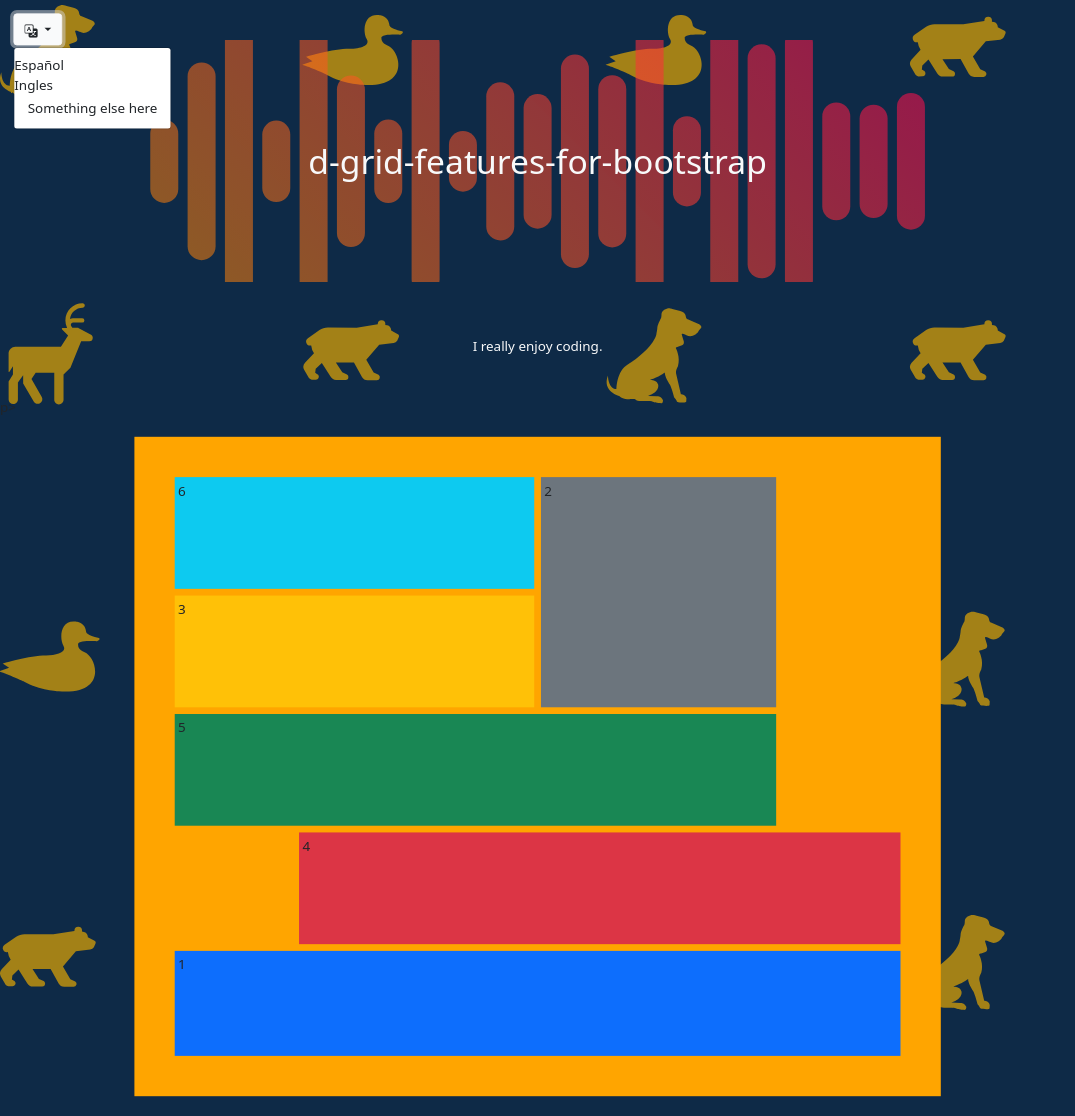
Repository: LynxPardelle/d-grid-features-for-bootstrap
Page: index.html
These files come from the project's save history. The page is drawn as it stood at one moment and after the next save; the edit follows.
The browser window is 1280 px wide. The pictures show the whole page, at 84% of full size.
After loading, the first visible `#switch-lang` was clicked once.

Above is the page before, as saved 2021-10-21 00:18:19.

### index.html
<!DOCTYPE html>
<html lang="es">
  <head>
    <meta charset="UTF-8" />
    <meta http-equiv="X-UA-Compatible" content="IE=edge" />
    <meta name="viewport" content="width=device-width, initial-scale=1.0" />
    <meta name="author" content="Lynx Pardelle" />
    <title>d-grid-features-for-bootstrap</title>
    <link
      href="https://cdn.jsdelivr.net/npm/bootstrap@5.1.3/dist/css/bootstrap.min.css"
      rel="stylesheet"
      integrity="sha384-1BmE4kWBq78iYhFldvKuhfTAU6auU8tT94WrHftjDbrCEXSU1oBoqyl2QvZ6jIW3"
      crossorigin="anonymous"
    />
    <style>
      body {
        background-image: url("data:[embedded picture, 9376 characters]");
        background-size: cover;
        background-repeat: repeat;
        background-position: left top;
      }

      h1 {
        background-image: url("data:[embedded picture, 2297 characters]");
        background-size: cover;
        background-repeat: no-repeat;
        background-position: center center;
        padding: 7.5rem;
      }
    </style>
  </head>
  <body>
    <!-- Change Languaje -->
    <div class="dropdown">
      <button id="switch-lang" onclick="SwitchLang()" class="d-block btn btn-light text-dark position-fixed top-0 start-0 mt-3 ms-3 dropdown-toggle"
      type="button" id="dropDownLang" data-bs-toggle="dropdown" aria-expanded="false">
        <svg xmlns="http://www.w3.org/2000/svg" width="16" height="16" fill="currentColor" class="bi bi-translate" viewBox="0 0 16 16">
          <path d="M4.545 6.714 4.11 8H3l1.862-5h1.284L8 8H6.833l-.435-1.286H4.545zm1.634-.736L5.5 3.956h-.049l-.679 2.022H6.18z"/>
          <path d="M0 2a2 2 0 0 1 2-2h7a2 2 0 0 1 2 2v3h3a2 2 0 0 1 2 2v7a2 2 0 0 1-2 2H7a2 2 0 0 1-2-2v-3H2a2 2 0 0 1-2-2V2zm2-1a1 1 0 0 0-1 1v7a1 1 0 0 0 1 1h7a1 1 0 0 0 1-1V2a1 1 0 0 0-1-1H2zm7.138 9.995c.193.301.402.583.63.846-.748.575-1.673 1.001-2.768 1.292.178.217.451.635.555.867 1.125-.359 2.08-.844 2.886-1.494.777.665 1.739 1.165 2.93 1.472.133-.254.414-.673.629-.89-1.125-.253-2.057-.694-2.82-1.284.681-.747 1.222-1.651 1.621-2.757H14V8h-3v1.047h.765c-.318.844-.74 1.546-1.272 2.13a6.066 6.066 0 0 1-.415-.492 1.988 1.988 0 0 1-.94.31z"/>
        </svg>
      </button>
      <ul class="dropdown-menu" aria-labelledby="dropDownLang">
        <li>Español</li>
        <li>Ingles</li>
        <li><a class="dropdown-item" href="#">Something else here</a></li>
      </ul>
    </div>

    <h1 class="text-center text-light my-5">d-grid-features-for-bootstrap</h1>

    <div class="text-center text-light p-3 m-3">
      <p lang="en">I really enjoy coding.</p>
      <p lang="es">Me gusta mucho la codificación.</p>
    </div>p>
    </div>

    <!-- <section class="d-grid bg-dark" data-gfbs data-gfbs-gtc="repeat(4, 1fr)" data-gfbs-gtr="repeat(2, 50px)" > -->
    <!-- <section class="d-grid bg-dark" data-gfbs data-gfbs-gta='"f f b c c a"" f f d e e a"'> -->
    <section
      class="d-grid w-75 mx-auto my-4"
      data-gfbs
      data-gfbs-custom="background-color: black; padding: 1rem;"
      data-gfbs-custom-sm="background-color: pink; padding: 2rem;"
      data-gfbs-custom-md="background-color: orange; padding: 3rem;"
      data-gfbs-gt='
      [row1-start] "a a b ." 12.5px [row1-end]
      [row2-start] "a a b ." 12.5px [row2-end]
      [row3-start] "c c b d" 12.5px [row3-end]
      [row4-start] "c c b d" 12.5px [row4-end]
      [row5-start] "e e e d" 12.5px [row5-end]
      [row6-start] "e e e d" 12.5px [row6-end]
      [row7-start] ". f f f" 12.5px [row7-end]
      [row8-start] ". f f f" 12.5px [row8-end]
      [row9-start] "g g g g" 25px [row9-end]
      / 2fr 1fr 1fr 3fr'
      data-gfbs-gt-sm='
      [row1-start] "a b b ." 25px [row1-end]
      [row2-start] "a b b ." 25px [row2-end]
      [row3-start] "c c c ." 25px [row3-end]
      [row4-start] "c c c ." 25px [row4-end]
      [row5-start] "e e d d" 25px [row5-end]
      [row6-start] "e e d d" 25px [row6-end]
      [row7-start] ". f f ." 25px [row7-end]
      [row8-start] ". f f ." 25px [row8-end]
      [row9-start] "g g g g" 50px [row9-end]
      / 1fr 2fr 2fr 1fr'
      data-gfbs-gt-md='
      [row1-start] "a a a b" 37.5px [row1-end]
      [row2-start] "a a a b" 37.5px [row2-end]
      [row3-start] "c c d d" 37.5px [row3-end]
      [row4-start] "c c d d" 37.5px [row4-end]
      [row5-start] "e e d d" 37.5px [row5-end]
      [row6-start] "e e d d" 37.5px [row6-end]
      [row7-start] "f f f f" 37.5px [row7-end]
      [row8-start] "g g g g" 37.5px [row8-end]
      [row9-start] "g g g g" 75px [row9-end]
      / 1fr 2fr 2fr 1fr'
      data-gfbs-gt-lg='
      [row1-start] "a a b ." 50px [row1-end]
      [row2-start] "a a b ." 50px [row2-end]
      [row3-start] "c c b d" 50px [row3-end]
      [row4-start] "c c b d" 50px [row4-end]
      [row5-start] "e e e d" 50px [row5-end]
      [row6-start] "e e e d" 50px [row6-end]
      [row7-start] ". f f f" 50px [row7-end]
      [row8-start] ". f f f" 50px [row8-end]
      [row9-start] "g g g g" 100px [row9-end]
      / 1fr 2fr 2fr 1fr'
      data-gfbs-gt-xl='
      [row1-start] "a a b ." 62.5px [row1-end]
      [row2-start] "a a b ." 62.5px [row2-end]
      [row3-start] "c c b d" 62.5px [row3-end]
      [row4-start] "c c b d" 62.5px [row4-end]
      [row5-start] "e e e d" 62.5px [row5-end]
      [row6-start] "e e e d" 62.5px [row6-end]
      [row7-start] ". f f f" 62.5px [row7-end]
      [row8-start] ". f f f" 62.5px [row8-end]
      [row9-start] "g g g g" 125px [row9-end]
      / 1fr 2fr 2fr 1fr'
      data-gfbs-gt-xxl='
      [row1-start] "a a b ." 87.5px [row1-end]
      [row2-start] "a a b ." 87.5px [row2-end]
      [row3-start] "c c b d" 87.5px [row3-end]
      [row4-start] "c c b d" 87.5px [row4-end]
      [row5-start] "e e e d" 87.5px [row5-end]
      [row6-start] "e e e d" 87.5px [row6-end]
      [row7-start] ". f f f" 87.5px [row7-end]
      [row8-start] ". f f f" 87.5px [row8-end]
      [row9-start] "g g g g" 150px [row9-end]
      / 1fr 2fr 2fr 1fr'
      data-gfbs-gap="0.5rem"
    >
      <!-- data-gfbs-cg="1rem"
      data-gfbs-rg="1rem" -->
      <div
        data-gfbs
        data-gfbs-iga="a"
        data-gfbs-iga-sm="g"
        class="bg-primary p-1"
      >
        1
      </div>

      <div data-gfbs data-gfbs-iga="b" class="bg-secondary p-1">2</div>
      <div data-gfbs data-gfbs-iga="c" class="bg-warning p-1">3</div>
      <div
        data-gfbs
        data-gfbs-iga="d"
        data-gfbs-iga-lg="f"
        class="bg-danger p-1"
      >
        4
      </div>
      <div data-gfbs data-gfbs-iga="e" class="bg-success p-1">5</div>
      <div data-gfbs data-gfbs-iga="f" data-gfbs-iga-md="a" class="bg-info p-1">
        6
      </div>
    </section>

    <script
      src="https://cdn.jsdelivr.net/npm/bootstrap@5.1.3/dist/js/bootstrap.bundle.min.js"
      integrity="sha384-ka7Sk0Gln4gmtz2MlQnikT1wXgYsOg+OMhuP+IlRH9sENBO0LRn5q+8nbTov4+1p"
      crossorigin="anonymous"
    ></script>
    <script src="./d-grid.js"></script>
    <script src="./langChanger.js"></script>
  </body>
</html>

### d-grid.js
"use strict";

function gridCreate(){
  let wWidth = window.innerWidth;
  let gridElements = document.querySelectorAll("[data-gfbs]");

  function checkIfHasBP(gridElement, atr) {
    let hasIt = false;
    for (let attribute of gridElement.attributes) {
      let at = attribute.localName;
      if (at.includes(atr)) {
        switch (true) {
          case at.includes("-sm") && wWidth >= 576 && wWidth < 768:
            hasIt = true;
            break;
          case at.includes("-md") && wWidth >= 768 && wWidth < 992:
            hasIt = true;
            break;
          case at.includes("-lg") && wWidth >= 992 && wWidth < 1200:
            hasIt = true;
            break;
          case at.includes("-xl") && wWidth >= 1200 && wWidth < 1400:
            hasIt = true;
            break;
          case at.includes("-xxl") && wWidth >= 1400:
            hasIt = true;
            break;
        }
      }
    }

    return hasIt;
  }

  for (let gridElement of gridElements) {
    for (let attribute of gridElement.attributes) {
      let at = attribute.localName;
      let attValue = attribute.value;

      if (
        at.includes("gfbs-") &&
        ((!at.includes("-sm") &&
          !at.includes("-md") &&
          !at.includes("-lg") &&
          !at.includes("-xl") &&
          !at.includes("-xxl") &&
          !checkIfHasBP(gridElement, at)) ||
          (at.includes("-sm") &&
            wWidth >= 576 &&
            (!at.includes("-md") || (at.includes("-md") && wWidth < 768)) &&
            (!at.includes("-lg") || (at.includes("-lg") && wWidth < 992)) &&
            (!at.includes("-xl") || (at.includes("-xl") && wWidth < 1200)) &&
            (!at.includes("-xll") || (at.includes("-xxl") && wWidth < 1400))) ||
          (at.includes("-md") &&
            wWidth >= 768 &&
            (!at.includes("-lg") || (at.includes("-lg") && wWidth < 992)) &&
            (!at.includes("-xl") || (at.includes("-xl") && wWidth < 1200)) &&
            (!at.includes("-xll") || (at.includes("-xxl") && wWidth < 1400))) ||
          (at.includes("-lg") &&
            wWidth >= 992 &&
            (!at.includes("-xl") || (at.includes("-xl") && wWidth < 1200)) &&
            (!at.includes("-xll") || (at.includes("-xxl") && wWidth < 1400))) ||
          (at.includes("-xl") &&
            wWidth >= 1200 &&
            (!at.includes("-xll") || (at.includes("-xxl") && wWidth < 1400))) ||
          (at.includes("-xxl") && wWidth >= 1400))
      ) {
        switch (true) {
          /* Container */
          case at.includes("custom"):
            gridElement.style.cssText += attValue;
            break;
          case at.includes("gtc"):
            gridElement.style.gridTemplateColumns = attValue;
            break;
          case at.includes("gtr"):
            gridElement.style.gridTemplateRows = attValue;
            break;
          case at.includes("gta"):
            gridElement.style.gridTemplateAreas = attValue;
            break;
          case at.includes("gt"):
            gridElement.style.gridTemplate = attValue;
            break;
          case at.includes("cg"):
            gridElement.style.columnGap = attValue;
            break;
          case at.includes("rg"):
            gridElement.style.rowGap = attValue;
            break;
          case at.includes("gap"):
            gridElement.style.gap = attValue;
            break;
          case at.includes("ji"):
            gridElement.style.justifyItems = attValue;
            break;
          case at.includes("ai"):
            gridElement.style.alignItems = attValue;
            break;
          case at.includes("pi"):
            gridElement.style.placeItems = attValue;
            break;
          case at.includes("jc"):
            gridElement.style.justifyContent = attValue;
            break;
          case at.includes("ac"):
            gridElement.style.alignContent = attValue;
            break;
          case at.includes("pc"):
            gridElement.style.placeContent = attValue;
            break;
          case at.includes("gac"):
            gridElement.style.gridAutoColumns = attValue;
            break;
          case at.includes("gar"):
            gridElement.style.gridAutoRows = attValue;
            break;
          case at.includes("gaf"):
            gridElement.style.gridAutoFlow = attValue;
            break;
          case at.includes("grid"):
            gridElement.style.grid = attValue;
            break;

          /* Item */
          case at.includes("gcs"):
            gridElement.style.gridColumnStart = attValue;
            break;
          case at.includes("gce"):
            gridElement.style.gridColumnEnd = attValue;
            break;
          case at.includes("gc"):
            gridElement.style.gridColumn = attValue;
            break;
          case at.includes("grs"):
            gridElement.style.gridRowStart = attValue;
            break;
          case at.includes("gre"):
            gridElement.style.gridRowEnd = attValue;
            break;
          case at.includes("gr"):
            gridElement.style.gridRow = attValue;
            break;
          case at.includes("iga"):
            gridElement.style.gridArea = attValue;
            break;
          case at.includes("js"):
            gridElement.style.justifySelf = attValue;
            break;
          case at.includes("as"):
            gridElement.style.alignSelf = attValue;
            break;
          case at.includes("ps"):
            gridElement.style.placeSelf = attValue;
            break;
        }
      }
    }
  }
}

window.onload = gridCreate();
window.addEventListener("resize", gridCreate);

### langChanger.js
let currentLang = document.documentElement.lang;

let elementsEs = document.querySelectorAll('[lang="es"]');
let elementsEn = document.querySelectorAll('[lang="en"]');


for (let element of elementsEn) {
  element.classList.add("d-none");
}

// document.getElementById("switch-lang").addEventListener("click", SwitchLang());
function SwitchLang() {
  if(currentLang === 'es'){
    currentLang = 'en';
    document.documentElement.lang = 'en';
  } else {
    currentLang = 'es';
    document.documentElement.lang = 'es';
  }
  switch (true) {
    case currentLang === 'es':
      document.documentElement.lang = 'es';
      for (let element of elementsEn) {
        if (!hasClass(element, "d-none") && element.nodeName !== 'HTML') {
          element.classList.add("d-none");
        }
      }
      for (let element of elementsEs) {
        if (hasClass(element, "d-none")) {
          element.classList.remove("d-none");
        }
      }
      break;
    case currentLang === 'en':
      document.documentElement.lang = 'en';
      for (let element of elementsEs) {
        if (!hasClass(element, "d-none") && element.nodeName !== 'HTML') {
          element.classList.add("d-none");
        }
      }
      for (let element of elementsEn) {
        if (hasClass(element, "d-none")) {
          element.classList.remove("d-none");
        }
      }
      break;
  }
}

function hasClass(element, className) {
  return (" " + element.className + " ").indexOf(" " + className + " ") > -1;
}

After the next save:
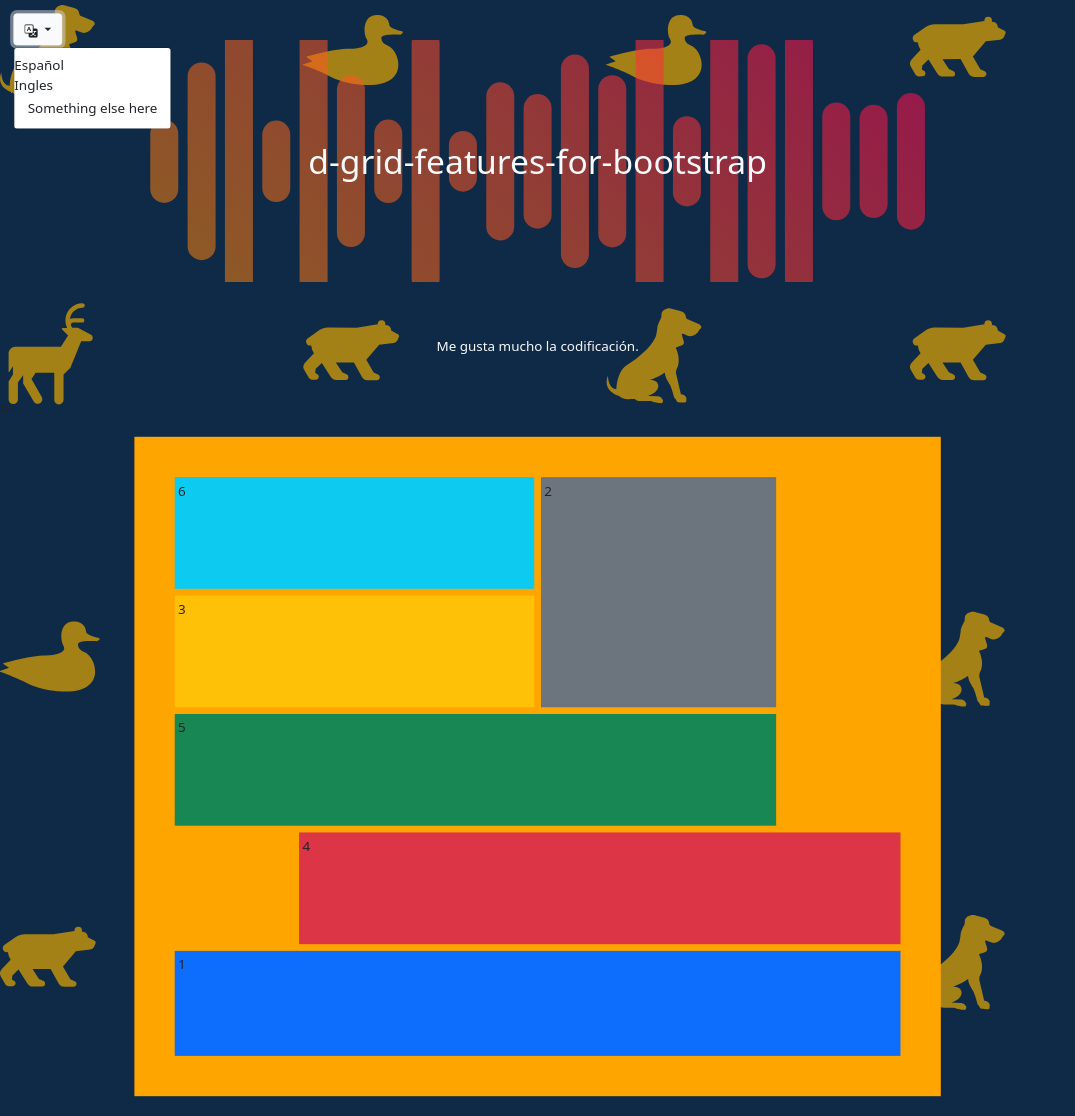
Saved 103 s later.
--- a/langChanger.js
+++ b/langChanger.js
@@ -2,26 +2,20 @@ let currentLang = document.documentElement.lang;
 
 let elementsEs = document.querySelectorAll('[lang="es"]');
 let elementsEn = document.querySelectorAll('[lang="en"]');
-
 
 for (let element of elementsEn) {
   element.classList.add("d-none");
 }
 
 // document.getElementById("switch-lang").addEventListener("click", SwitchLang());
-function SwitchLang() {
-  if(currentLang === 'es'){
-    currentLang = 'en';
-    document.documentElement.lang = 'en';
-  } else {
-    currentLang = 'es';
-    document.documentElement.lang = 'es';
-  }
+function SwitchLang(lang) {
+  currentLang = lang;
+  document.documentElement.lang = lang;
   switch (true) {
-    case currentLang === 'es':
-      document.documentElement.lang = 'es';
+    case currentLang === "es":
+      document.documentElement.lang = "es";
       for (let element of elementsEn) {
-        if (!hasClass(element, "d-none") && element.nodeName !== 'HTML') {
+        if (!hasClass(element, "d-none") && element.nodeName !== "HTML") {
           element.classList.add("d-none");
         }
       }
@@ -31,10 +25,10 @@ function SwitchLang() {
         }
       }
       break;
-    case currentLang === 'en':
-      document.documentElement.lang = 'en';
+    case currentLang === "en":
+      document.documentElement.lang = "en";
       for (let element of elementsEs) {
-        if (!hasClass(element, "d-none") && element.nodeName !== 'HTML') {
+        if (!hasClass(element, "d-none") && element.nodeName !== "HTML") {
           element.classList.add("d-none");
         }
       }
